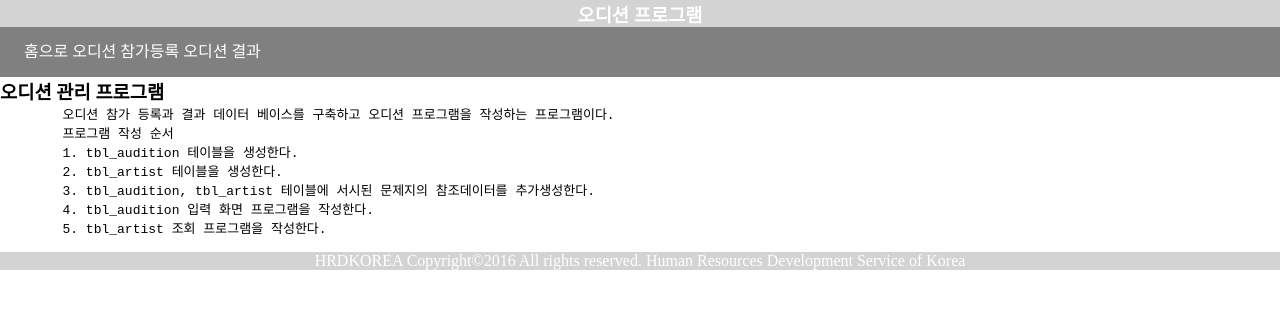
Repository: jieun000/Craftsman_Information_Processing
Page: http://localhost/Test/main.jsp
These files come from the project's save history. The page is drawn as it stood at one moment and after the next save; the edit follows.
The browser window is 1280 px wide. The pictures show the whole page.
The page is served by Tomcat 9.

Above is the page before, as saved 2023-09-06 01:07:28.

After the next save:
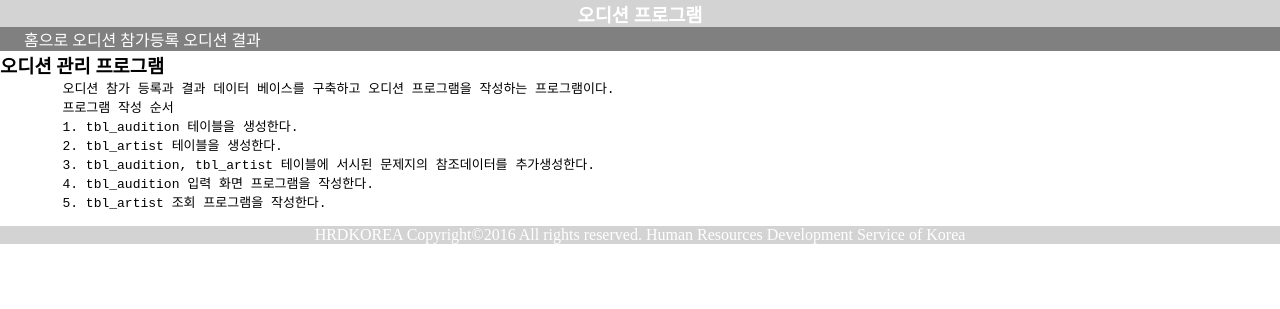
Saved 7 s later.
--- a/02_study/Test/src/main/webapp/main.jsp
+++ b/02_study/Test/src/main/webapp/main.jsp
@@ -14,7 +14,7 @@ nav > a { text-decoration: none; color: white; }
 	<header style="background: lightgray; color: white; width: 100%; text-align: center;">
 		<h3>오디션 프로그램</h3>
 	</header>
-	<nav style="background: gray; height: 50px; line-height: 50px;">
+	<nav style="background: gray;">
 		&nbsp;&nbsp;&nbsp;&nbsp;&nbsp;
 		<a href="main.jsp">홈으로</a>
 		<a href="joinForm.jsp">오디션 참가등록</a>
